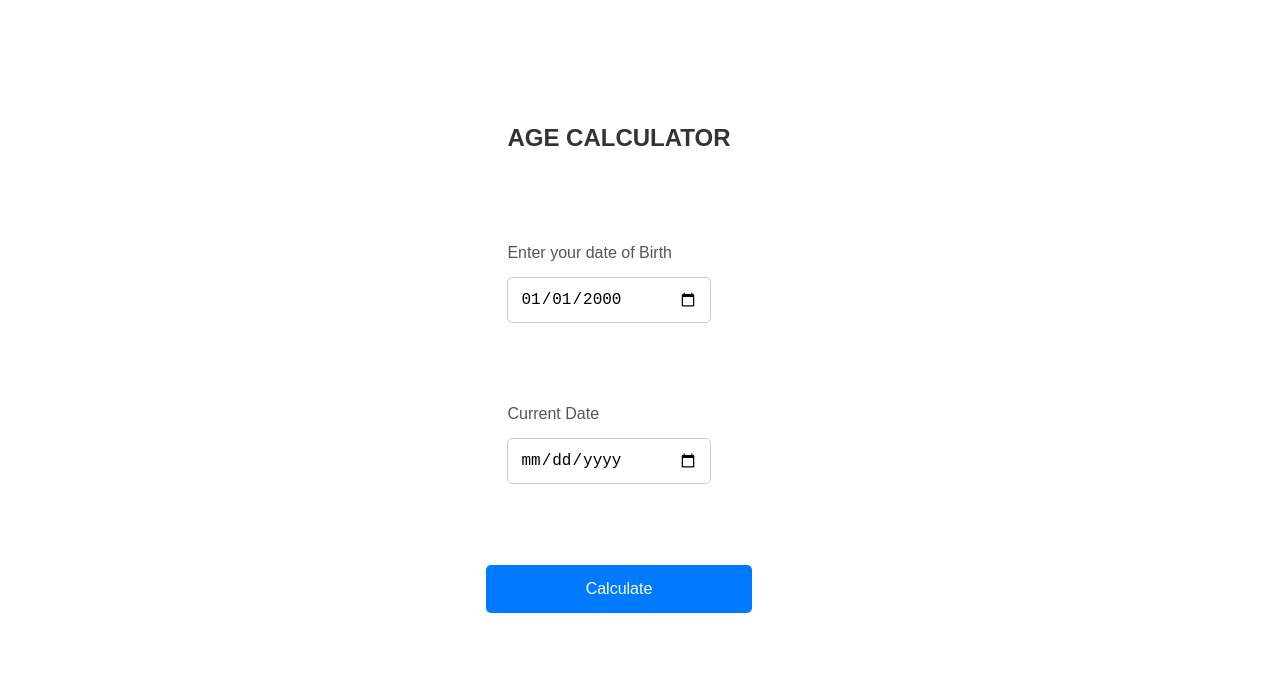
Repository: Femi007-gh/Calculator
Page: index.html
These files come from the project's save history. The page is drawn as it stood at one moment and after the next save; the edit follows.
The browser window is 1280 px wide. The pictures show the whole page.

Above is the page before, as saved 2025-03-27 19:00:36.

### index.html
<html>
  <head>
    <title>CALCULATOR MINI PROJECT</title>
    <script src="script.js"></script>
    <link rel="stylesheet" href="style.css">
  </head>
  <body>
    <div class="container">
      <div>
        <h1>AGE CALCULATOR</h1>
      </div>
      <div>
        <label>Enter your date of Birth</label>
        <input id="inputDOB" type="date" value="2000-01-01">
      </div>
      <div>
        <label>Current Date</label>
        <input id="cdate" type="date" value="">
      </div>
      <button type="button" onclick="getDOB()">Calculate</button>
    </div>
    <div id="currentAge"></div>
  </body>
</html>

### script.js
function getDOB() {
  const dobInput = document.getElementById('inputDOB').value;
  const currentDateInput = document.getElementById('cdate').value;

  if (!dobInput || !currentDateInput) {
    alert('Please enter both Date of Birth and Current Date.');
    return;
  }

  const dob = new Date(dobInput);
  const currentDate = new Date(currentDateInput);

  // Ensure the date is correctly parsed
  if (dob.getTime() && currentDate.getTime()) {
    let age = currentDate.getFullYear() - dob.getFullYear();
    const monthDifference = currentDate.getMonth() - dob.getMonth();

    if (monthDifference < 0 || (monthDifference === 0 && currentDate.getDate() < dob.getDate())) {
      age--;
    }

    document.getElementById('currentAge').textContent = `Your age is ${age} years.`;
  } else {
    alert('Please enter valid dates.');
  }
}

### style.css
body {
  font-family: Arial, sans-serif;
  display: flex;
  justify-content: center;
  align-items: center;
  height: 100vh;
  margin: 0;
}

div {
  border: 1px solid #fff;
  padding: 20px;
  border-radius: 10px;
  margin-bottom: 20px;
}

h1 {
  text-align: center;
  margin-bottom: 30px;
  font-size: 24px;
  color: #333;
}

label {
  display: block;
  margin-bottom: 15px;
  font-size: 16px;
  color: #555;
}

input[type="date"] {
  width: calc(100% - 20px);
  padding: 12px;
  margin-bottom: 20px;
  border-radius: 5px;
  border: 1px solid #ccc;
  font-size: 16px;
}

button {
  width: 100%;
  background-color: #007bff;
  color: white;
  padding: 15px;
  border: none;
  border-radius: 5px;
  font-size: 16px;
  cursor: pointer;
  transition: background-color 0.3s ease;
  margin-top: 20px;
}

button:hover {
  background-color: #0056b3;
}

#currentAge {
  text-align: center;
  margin-top: 30px;
  font-size: 18px;
  color: #333;
}

After the next save:
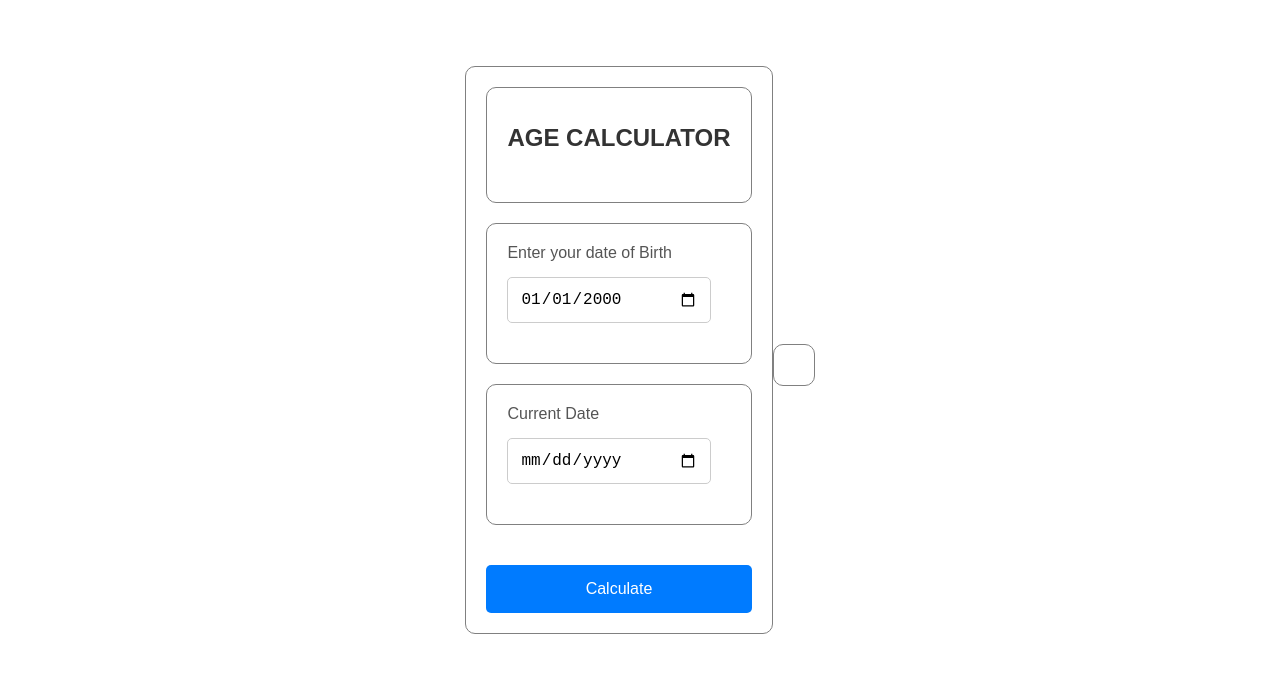
Saved 11 s later.
--- a/style.css
+++ b/style.css
@@ -8,7 +8,7 @@ body {
 }
 
 div {
-  border: 1px solid #fff;
+  border: 1px solid gray;
   padding: 20px;
   border-radius: 10px;
   margin-bottom: 20px;
